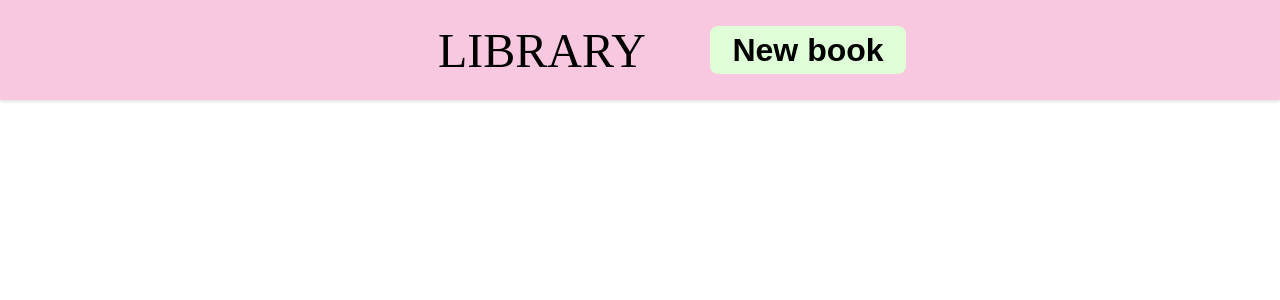
Repository: yeetzpxoci/library
Page: index.html
An editor plug-in stored every save of this project. The page is shown before and after the next save, followed by the edit.
The browser window is 1280 px wide. The pictures show the whole page.
Some web fonts or font styles are not loaded; a fallback is used.

Above is the page before, as saved 2023-02-21 17:14:04.

After the next save:
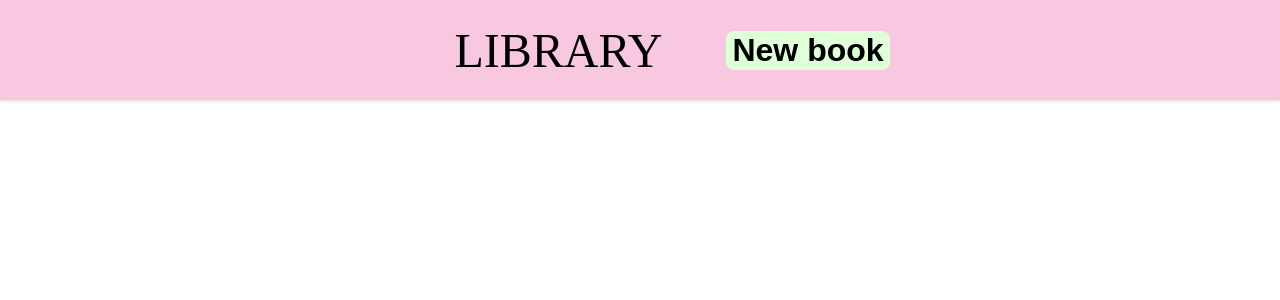
Saved 13 s later.
--- a/styles.css
+++ b/styles.css
@@ -32,8 +32,6 @@ body {
     font-size: 32px;
     font-weight: bold;
     background-color: #DFFFD8;
-    height: 48px;
-    width:196px;
     border-radius: 8px;
     border-width: 0px;
 }
